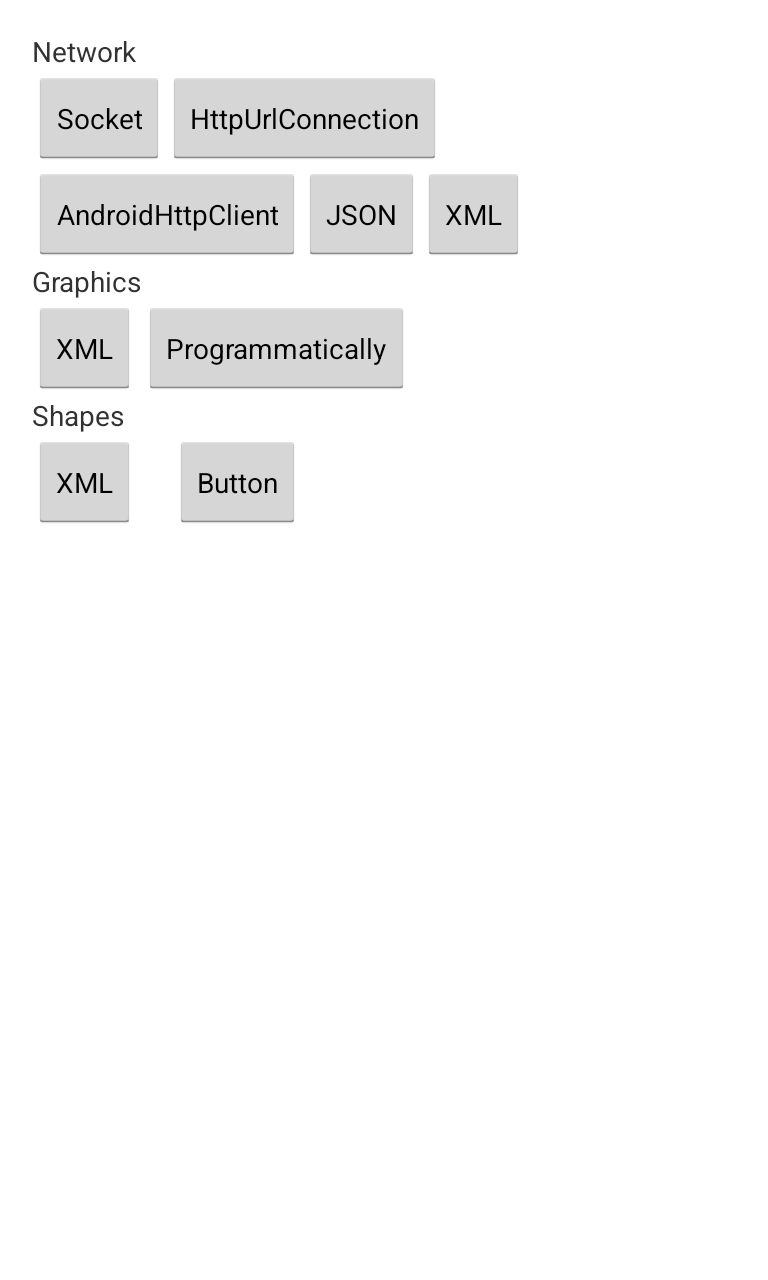
Repository: Amir13/Android_Basic_Steps
Layout: ViewElements4/res/layout/activity_main.xml
The author's editor kept a copy of each file at every save. The layout is drawn from the files as they stood at one save, then again after the next save.
It is drawn on a 768 x 1280 px phone screen (xhdpi) without system bars, with theme AppTheme; the app's code is not run.

Above is the layout before, as saved 2014-06-08 15:44:53.

After the next save:
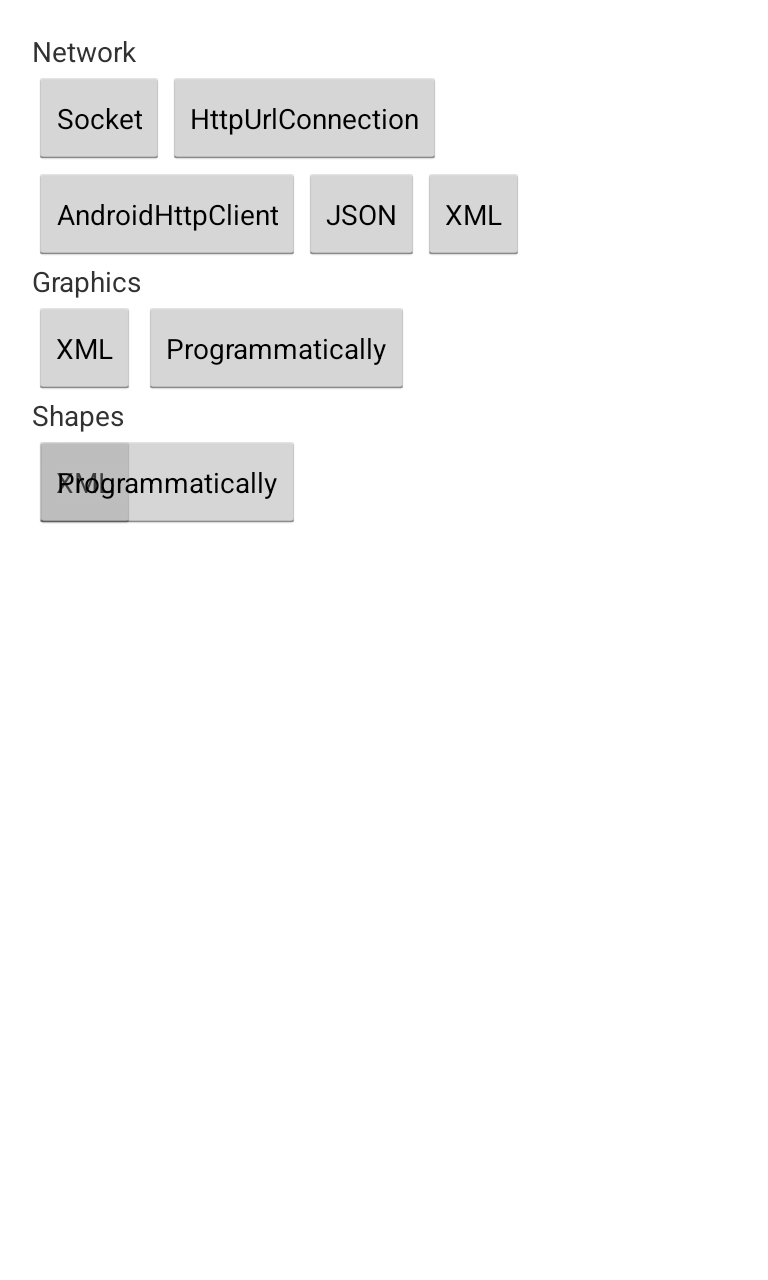
Saved 28 s later.
--- a/ViewElements4/res/layout/activity_main.xml
+++ b/ViewElements4/res/layout/activity_main.xml
@@ -113,6 +113,6 @@
         android:layout_alignBaseline="@+id/button1"
         android:layout_alignBottom="@+id/button1"
         android:layout_alignRight="@+id/btnAndroid"
-        android:text="Button" />
+        android:text="Programmatically" />
 
 </RelativeLayout>
